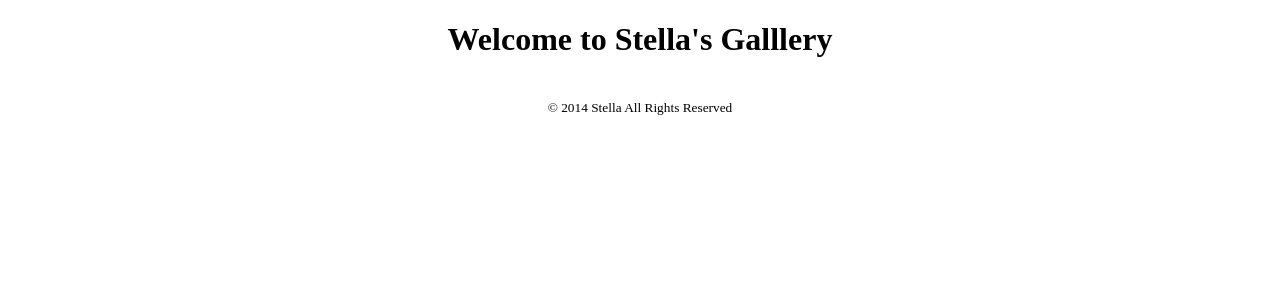
Repository: simj959/simj959.github.io
Page: index.html
The author's editor kept a record of every edit. The page is drawn from the files as they stood at one moment, then again after the next edit.
The browser window is 1280 px wide. The pictures show the whole page.

Above is the page before.

After the next edit:
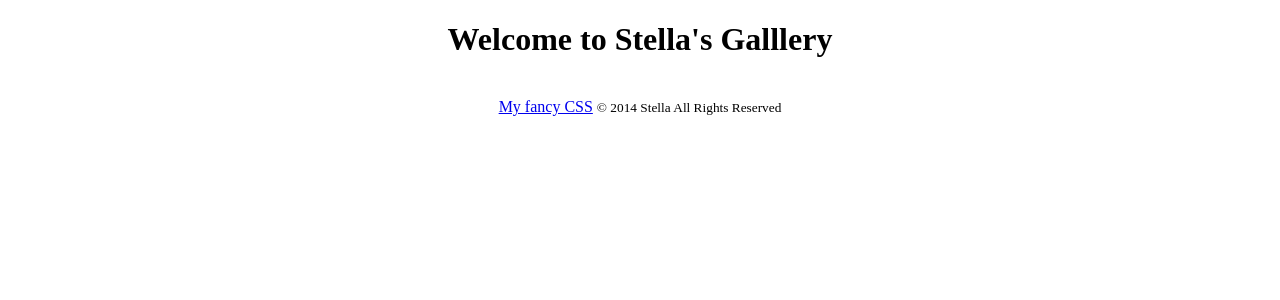
The edit:
--- a/index.html
+++ b/index.html
@@ -9,6 +9,7 @@
 <h1>Welcome to Stella's Galllery</h1><br></h1>
 
 
+	<a href="css_composition/page1.html">My fancy CSS</a>
 <small> &copy; 2014 Stella All Rights Reserved </small>
 	</body>
 </html>
